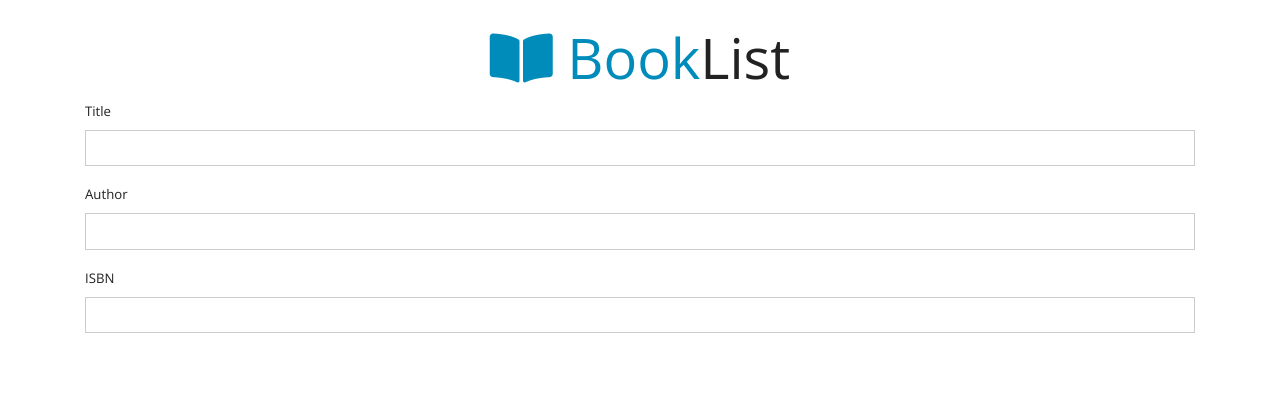
Repository: carrascomcesar/JSBOOKLIST
Page: index.html
These files come from the project's save history. The page is drawn as it stood at one moment and after a run of saves; the edit follows.
The browser window is 1280 px wide. The pictures show the whole page.
Some web libraries are served in a nearby version.

Above is the page before, as saved 2021-02-01 10:42:25.

### index.html
<!DOCTYPE html>
<html lang="en">
<head>
    <meta charset="UTF-8">
    <meta name="viewport" content="width=device-width, initial-scale=1.0">
    <link rel="stylesheet" href="https://pro.fontawesome.com/releases/v5.10.0/css/all.css"
        integrity="sha384-AYmEC3Yw5cVb3ZcuHtOA93w35dYTsvhLPVnYs9eStHfGJvOvKxVfELGroGkvsg+p" crossorigin="anonymous" />

    <link rel="stylesheet" href="https://bootswatch.com/4/yeti/bootstrap.min.css">
    <title>Booklist App</title>
</head>
<body>
    <div class="container mt-4">
        <h1 class="display-4 text-center">
            <i class="fa-book-open fas text-primary"></i>
            <span class="text-primary">Book</span>List
        </h1>
        <form id="book-form">
            <div class="form-group">
                <label for="title">Title</label>
                <input type="text" name="" id="title" class="form-control">
            </div>
            <div class="form-group">
                <label for="author">Author</label>
                <input type="text" name="" id="author" class="form-control">
            </div>
            <div class="form-group">
                <label for="isbn">ISBN</label>
                <input type="text" name="" id="isbn" class="form-control">
            </div>
        </form>
    </div>
</body>
</html>

After the next 3 saves:
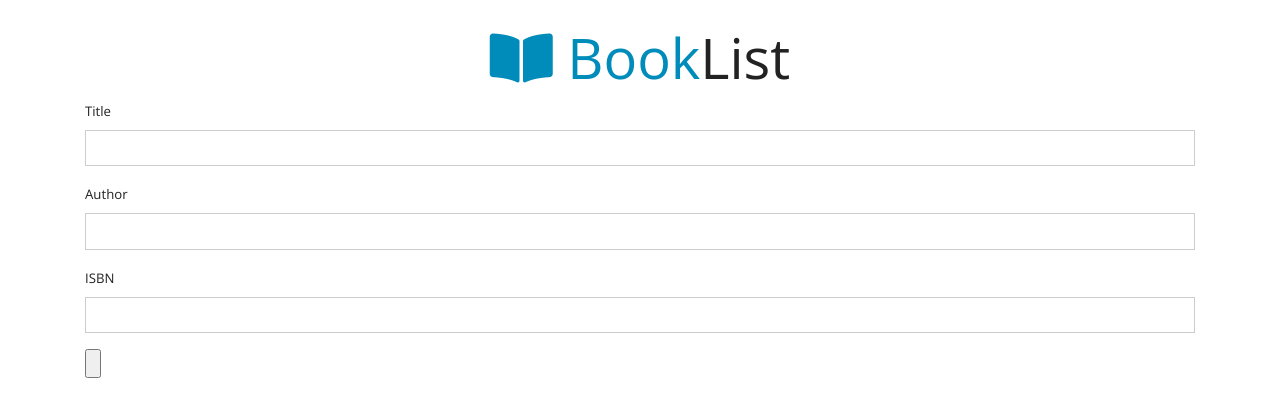
The 3 saves are shown as one change because they came seconds apart.
The last was saved 9 s later.
--- a/index.html
+++ b/index.html
@@ -28,6 +28,7 @@
                 <label for="isbn">ISBN</label>
                 <input type="text" name="" id="isbn" class="form-control">
             </div>
+            <input type="button" value="">
         </form>
     </div>
 </body>
